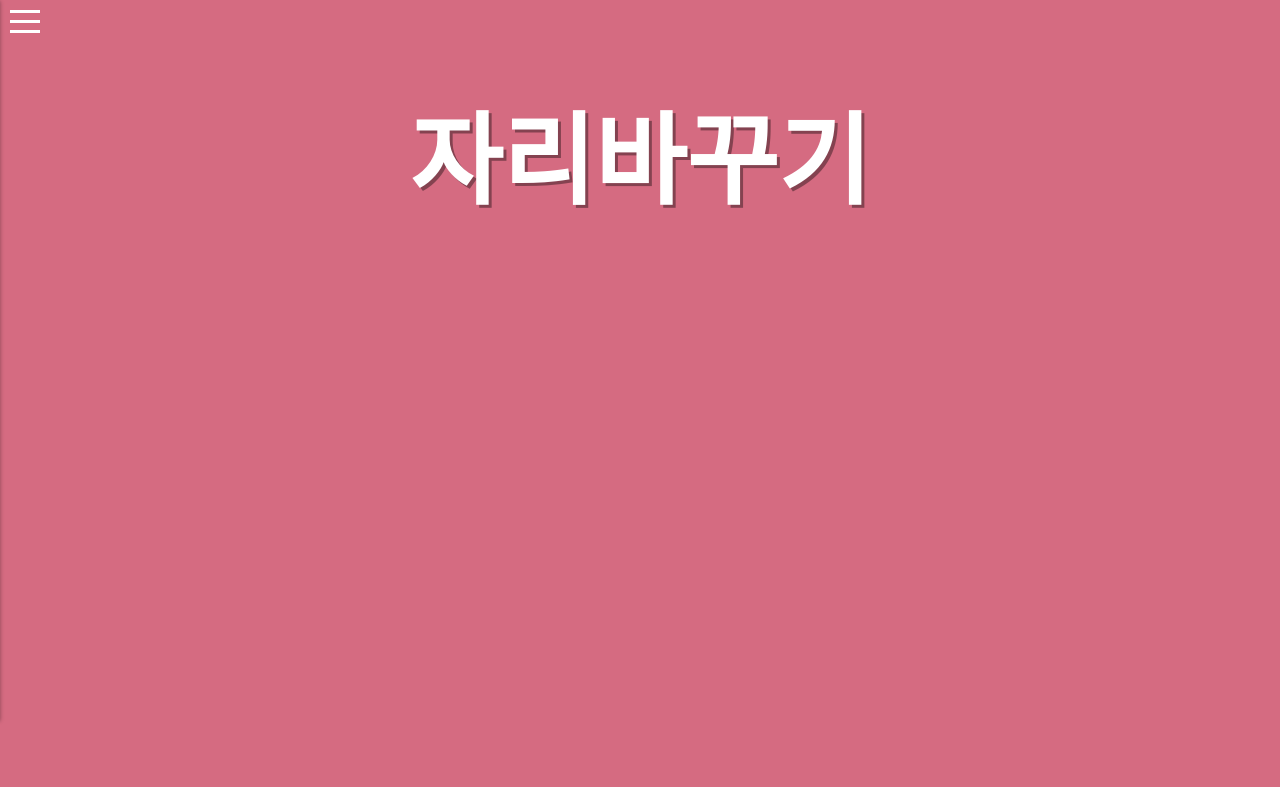
Repository: se-yoo/ChangeSeat
Page: http://localhost/ChangeSeat/main.jsp
An editor plug-in stored every save of this project. The page is shown before and after the next save, followed by the edit.
The browser window is 1280 px wide. The pictures show the whole page.
Some web libraries are served in a nearby version. The page is served by Tomcat 9.

Above is the page before, as saved 2018-06-25 05:25:22.

### ChangeSeat/WebContent/main.jsp
<%@ page language="java" contentType="text/html; charset=UTF-8"
    pageEncoding="UTF-8"%>
<jsp:forward page="templateTest.jsp">
	<jsp:param name="CONTENTPAGE" value="changeIndex.jsp"/>
</jsp:forward>

### ChangeSeat/WebContent/templateTest.jsp
<%@ page language="java" contentType="text/html; charset=UTF-8"
    pageEncoding="UTF-8"%>
<!DOCTYPE html>
<html>
<head>
<meta charset="UTF-8">
<title>자리바꾸기</title>
<meta name="viewport" content="width=device-width, initial-scale=1">
 <title>Side Menu</title>
 <link rel="stylesheet" href="style.css">
 <link href='https://fonts.googleapis.com/css?family=Pacifico' rel='stylesheet' type='text/css'>
 <script src="//ajax.googleapis.com/ajax/libs/jquery/1.6.1/jquery.min.js" type="text/javascript"></script>
 <script>
$(document).ready(function(){
  /*
  $(".first").mouseover(function(){
    $(".second").css("background-color", '#6b81d5');
    $(".first").css("background-color", '#D56B81');

  });
  $(".second").mouseover(function(){
    $(".second").css("background-color", '#8a6bd5');
    $(".first").css("background-color", '#6bd5bf');

  });
  */
  $(".wrap").click(function(){
    $(".top").toggleClass("addedtop");
    $(".mid").toggleClass("addedmid");
    $(".bot").toggleClass("addedbot");
$(".side").toggleClass("triggered");
    $(".sidebtn").toggleClass("sideopacity");


  });

}); //final
</script>
</head>
<body>
<%
	String contentpage=request.getParameter("CONTENTPAGE");
%>
  <div class="wrap">
<span class="line top"></span>
  <span class="line mid"></span>
  <span class="line bot"></span>
  </div>
  <div class="side">
    <a href="#" class="sidebtn">자리바꾸기</a>
    <a href="#" class="sidebtn">조편성</a>
    <a href="#" class="sidebtn">정보관리</a>
  </div>
  <jsp:include page="<%= contentpage %>"></jsp:include>
</body>
</html>

### ChangeSeat/WebContent/changeIndex.jsp
<%@ page language="java" contentType="text/html; charset=UTF-8"
    pageEncoding="UTF-8"%>
<!DOCTYPE html>
<html>
<head>
<meta content="text/html; charset=UTF-8">
<title></title>
</head>
<body>
	<h1 class="header">
    	자리바꾸기
  	</h1>
</body>
</html>

### ChangeSeat/WebContent/style.css
@CHARSET "UTF-8";
body {
  font-family: "roboto", sans-serif;
  background-color:#D56B81;
  margin: 0;
  padding: 0;
}
html,body {
 height:100%;
}
.line {
 display: block;
  height:3px;
  width:30px;
  background-color:white;
  margin-top:5px;
  position: absolute;
  top:0;

  transition: all .4s ease-in-out;
}
.wrap {
 height:80px;
  position: relative;
  top:5px;
  left:10px;
  width: 30px;
  z-index: +150;
  cursor: pointer;
  height:30px;
  position: fixed;
}

.mid {
 top:10px;
}
.bot {
top:20px;
}

.addedmid {
  transform: rotate(135deg);
}
.addedtop {
  transform: rotate(45deg);
  top:10px;
}
.addedbot {
 opacity: 0;
}
.side {
 width:20%;
  position: fixed;
  height:100%;
  text-align: center;
  left:-20%;
  z-index: 80;
  box-shadow: 0 1px 4px 0 rgba(0,0,0,0.37);
  top:0;
  background-color: #6b8ad5;
  transition: all .5s ease-in-out;
}
.sidebtn {
 text-decoration: none;
  display: block;
  color:white;
  font-family: 'pacifico';
  font-size:35px;
  opacity:0;
  width:50%;
  position: relative;
  left:25%;
  top:30%;
  white-space: nowrap;
  line-height:100px;
  transition:all .25s ease-in-out;

}
.sideopacity  {
 opacity: 1;
  transition: all 1s ease-in-out;
}
.sidebtn:hover {
  text-shadow: 2px 2px rgba(0, 0, 0, 0.38);
}
.triggered {
 left:0;
}
.sidebtn::after {
 content: '';
  position: absolute;
  bottom:0;
  left:50%;
  width:0%;
  height:5px;
  background-color: white;
  transition: all .3s ease-out;
}
.sidebtn:hover::after {
 width: 100%;
  left:0;
  box-shadow: 2px 2px rgba(0, 0, 0, 0.38);
}
.header {
  font-family:'pacifico';
  color:white;
  font-size:100px;
  top:30%;
  text-align:center;
  cursor: default;
  transition: all .4s ease-in-out;
  text-shadow: 3px 3px rgba(0, 0, 0, 0.38);
}

After the next save:
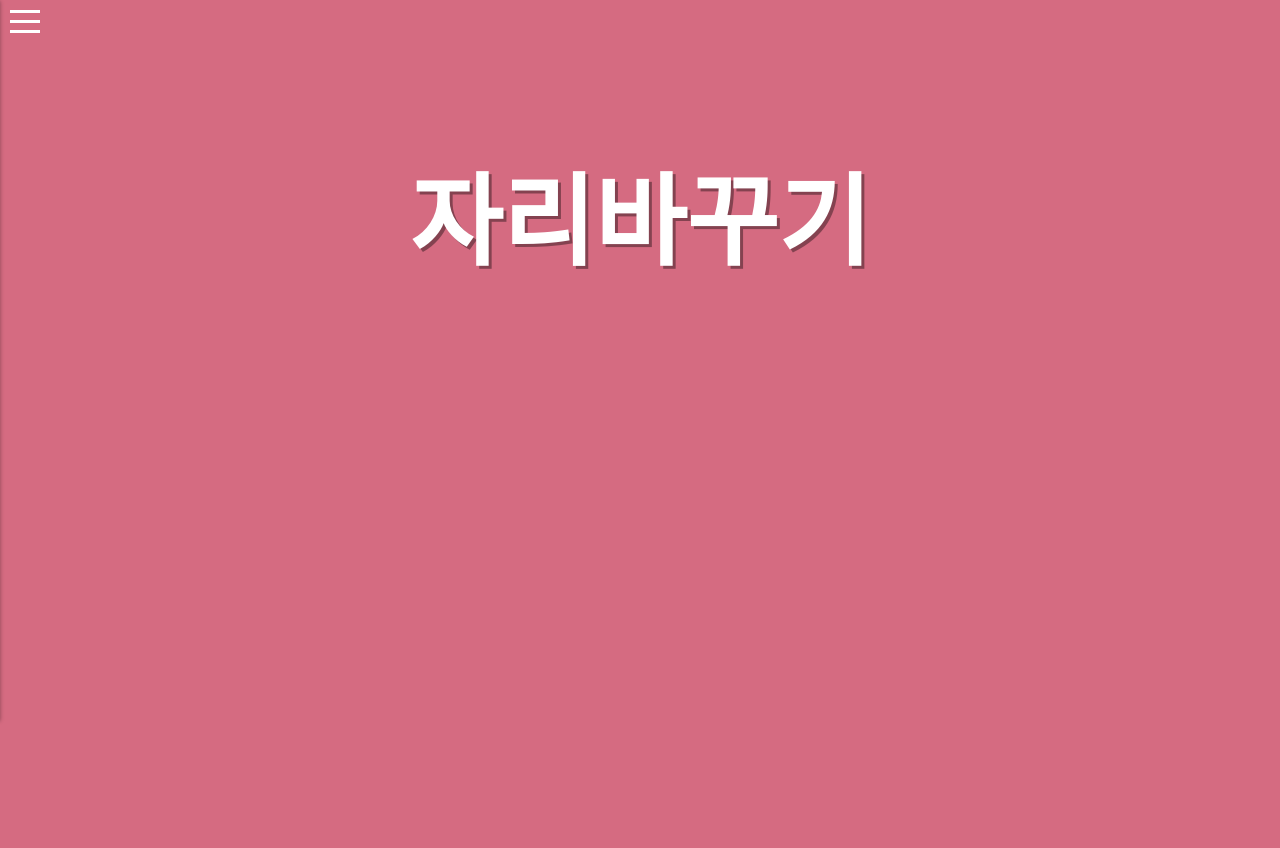
Saved 42 s later.
--- a/ChangeSeat/WebContent/style.css
+++ b/ChangeSeat/WebContent/style.css
@@ -105,7 +105,7 @@ top:20px;
   font-family:'pacifico';
   color:white;
   font-size:100px;
-  top:30%;
+  margin-top:10%;
   text-align:center;
   cursor: default;
   transition: all .4s ease-in-out;
